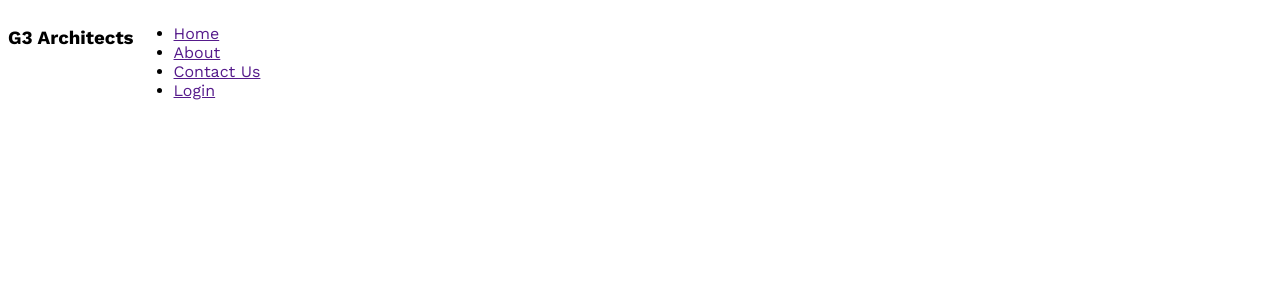
Repository: dollyrakhe22/g3-architects-website
Page: index.html
These files come from the project's save history. The page is drawn as it stood at one moment and after the next save; the edit follows.
The browser window is 1280 px wide. The pictures show the whole page.

Above is the page before, as saved 2025-07-18 15:04:06.

After the next save:
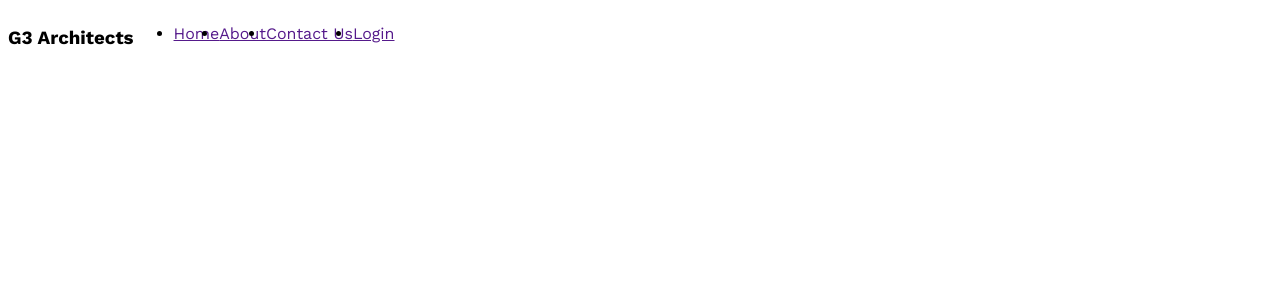
Saved 25 min 54 s later.
--- a/index.html
+++ b/index.html
@@ -8,9 +8,9 @@
 </head>
 <body class="work-sans-font">
     <header>
-           <nav class="navbar">
+           <nav class="navbar  display-flex">
              <h3 class="brand">G3 Architects</h3>
-             <ul class="nav-links">
+             <ul class="nav-links display-flex">
               <li class="nav-item"><a href="" class="nav-link">Home</a></li>
               <li class="nav-item"><a href="" class="nav-link">About</a></li>
               <li class="nav-item"><a href="" class="nav-link">Contact Us</a></li>
--- a/style.css
+++ b/style.css
@@ -7,7 +7,9 @@
   font-style: normal;
 }
 /*shared styles*/
-
+.display-flex{
+  display: flex;
+}
 
 /*header styles*/
 
